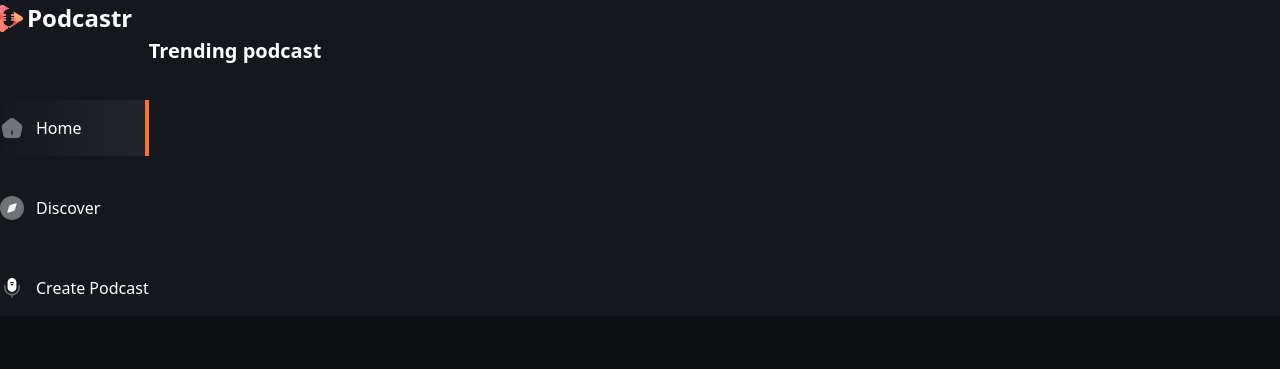
Repository: sumanth-udedar/podcast
Page: /
An editor plug-in stored every save of this project. The page is shown before and after the next save, followed by the edit.
The browser window is 1280 px wide. The pictures show the whole page.
The project was rebuilt for these pictures with package versions that can differ from the ones it lists, and the page was loaded fresh each time. The framework's server and built-in components were replaced by stand-ins that run in the browser. Also part of the build but not shown: next.config.ts.

Above is the page before, as saved 2024-11-13 15:42:25.

After the next save:
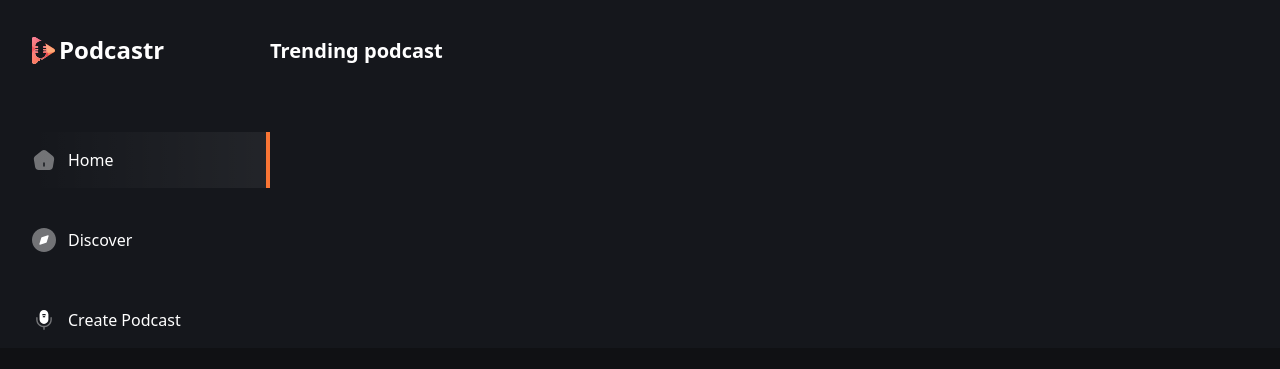
Saved 3 min 34 s later.
--- a/components/LeftSidebar.tsx
+++ b/components/LeftSidebar.tsx
@@ -11,7 +11,7 @@ const LeftSidebar = () => {
   const pathname = usePathname();
   const router = useRouter();
   return (
-    <section>
+    <section className="left_sidebar">
       <nav className="flex flex-col gap-6">
         <Link
           href="/"
